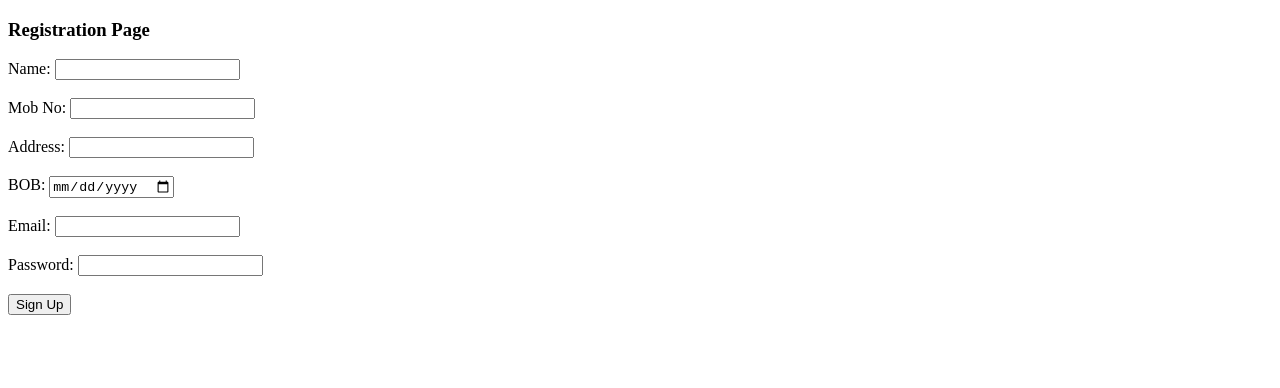
Repository: VinayBhirud/bookshop1
Page: bookshop1/src/main/webapp/register.html
The author's editor kept a copy of each file at every save. The page is drawn from the files as they stood at one save, then again after the next save.
The browser window is 1280 px wide. The pictures show the whole page.

Above is the page before, as saved 2023-06-20 13:09:33.

After the next save:
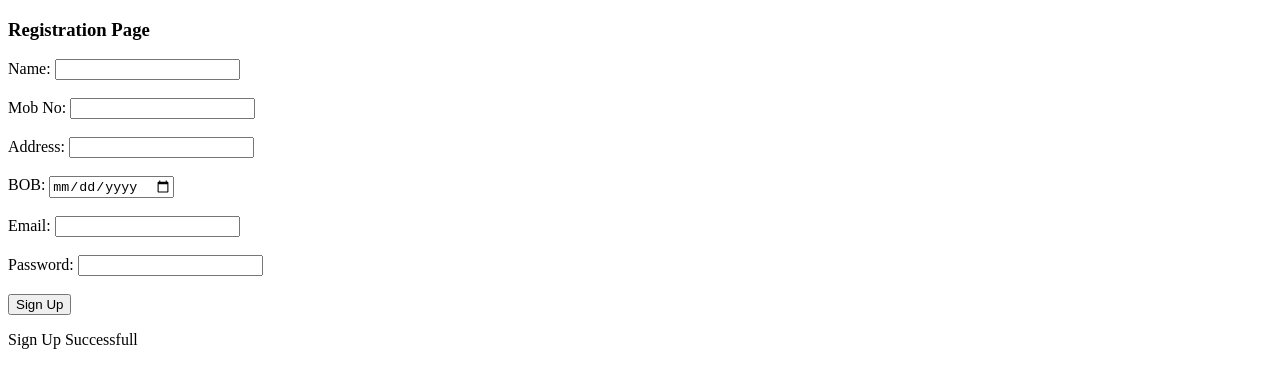
Saved 4 min 14 s later.
--- a/bookshop1/src/main/webapp/register.html
+++ b/bookshop1/src/main/webapp/register.html
@@ -14,6 +14,7 @@
 		Email: <input type="text" name="email"/><br><br>
 		Password: <input type="password" name="passwd"/><br/><br/>
 		<input type="submit" value="Sign Up"/>
+		<p>Sign Up Successfull</p>
 	</form>
 </body>
 </html>

After the save that followed:
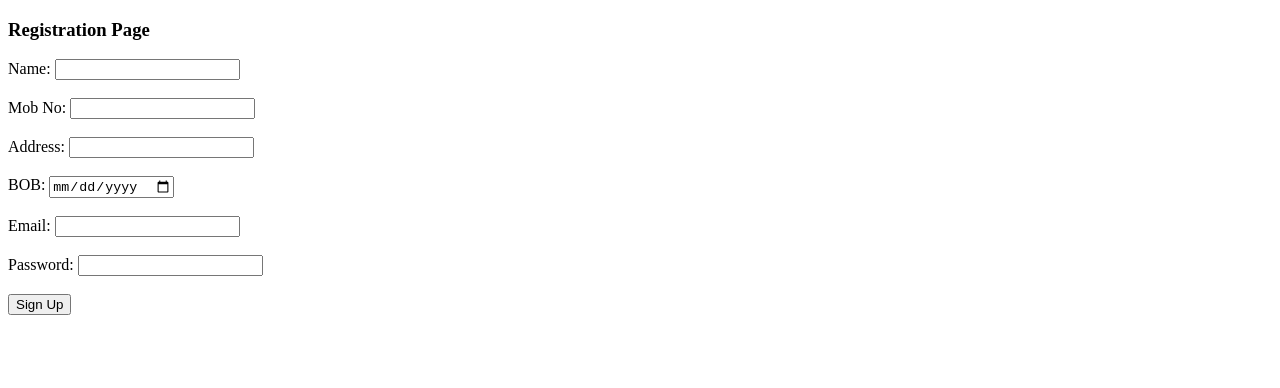
Saved 2 min 45 s later.
--- a/bookshop1/src/main/webapp/register.html
+++ b/bookshop1/src/main/webapp/register.html
@@ -6,7 +6,7 @@
 </head>
 <body>
 <h3>Registration Page</h3>
-	<form method="post" action="index.html">
+	<form method="post" action="register">
 		Name: <input type="text" name="name "/><br><br>
 		Mob No: <input type="text" name="mobno"/><br><br>
 		Address: <input type="text" name="mobno"/><br><br>
@@ -14,7 +14,7 @@
 		Email: <input type="text" name="email"/><br><br>
 		Password: <input type="password" name="passwd"/><br/><br/>
 		<input type="submit" value="Sign Up"/>
-		<p>Sign Up Successfull</p>
+
 	</form>
 </body>
 </html>
